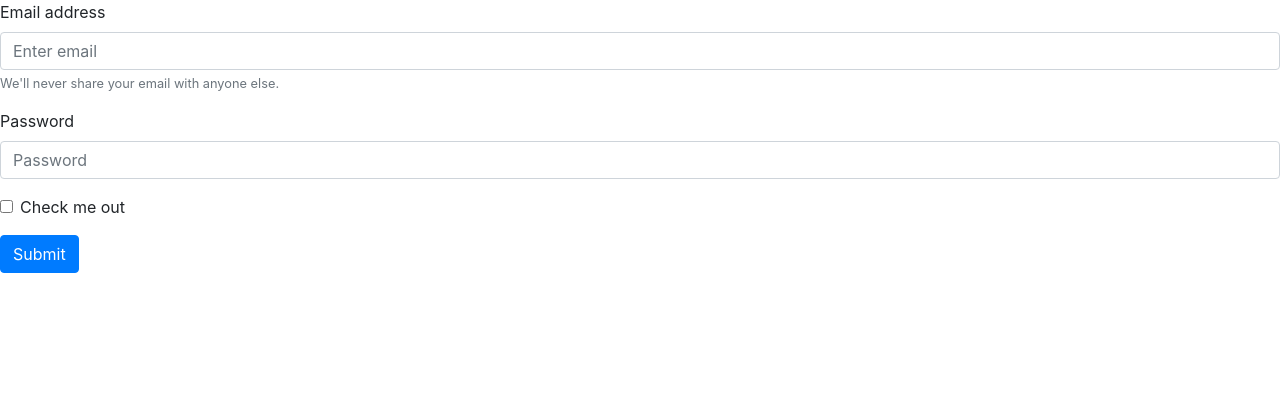
Repository: profbkmurage/churchWebsite
Page: contact.html
An editor plug-in stored every save of this project. The page is shown before and after the next save, followed by the edit.
The browser window is 1280 px wide. The pictures show the whole page.

Above is the page before, as saved 2024-07-17 17:48:46.

After the next save:
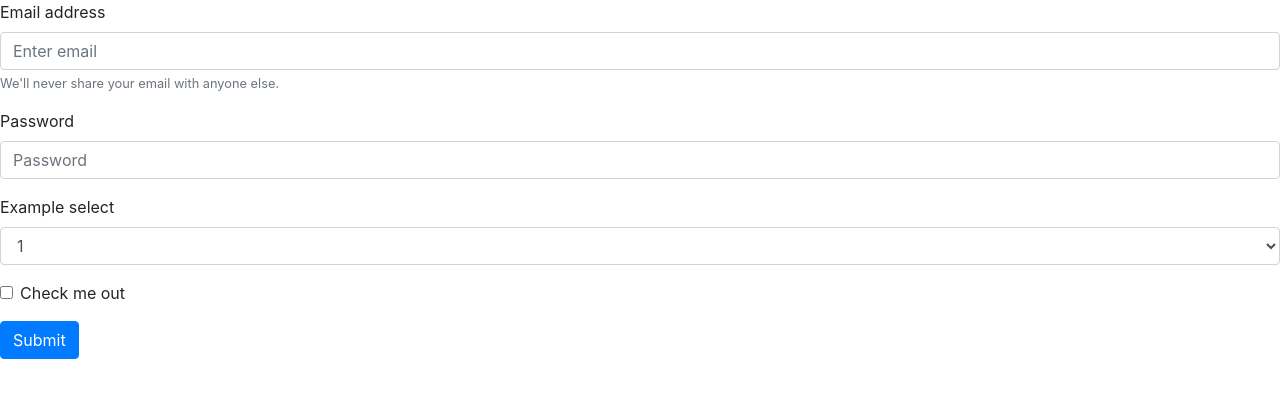
Saved 113 s later.
--- a/contact.html
+++ b/contact.html
@@ -20,6 +20,16 @@
     <label for="exampleInputPassword1">Password</label>
     <input type="password" class="form-control" id="exampleInputPassword1" placeholder="Password">
   </div>
+  <div class="form-group">
+    <label for="exampleFormControlSelect1">Example select</label>
+    <select class="form-control" id="exampleFormControlSelect1">
+      <option>1</option>
+      <option>2</option>
+      <option>3</option>
+      <option>4</option>
+      <option>5</option>
+    </select>
+  </div>
   <div class="form-group form-check">
     <input type="checkbox" class="form-check-input" id="exampleCheck1">
     <label class="form-check-label" for="exampleCheck1">Check me out</label>
